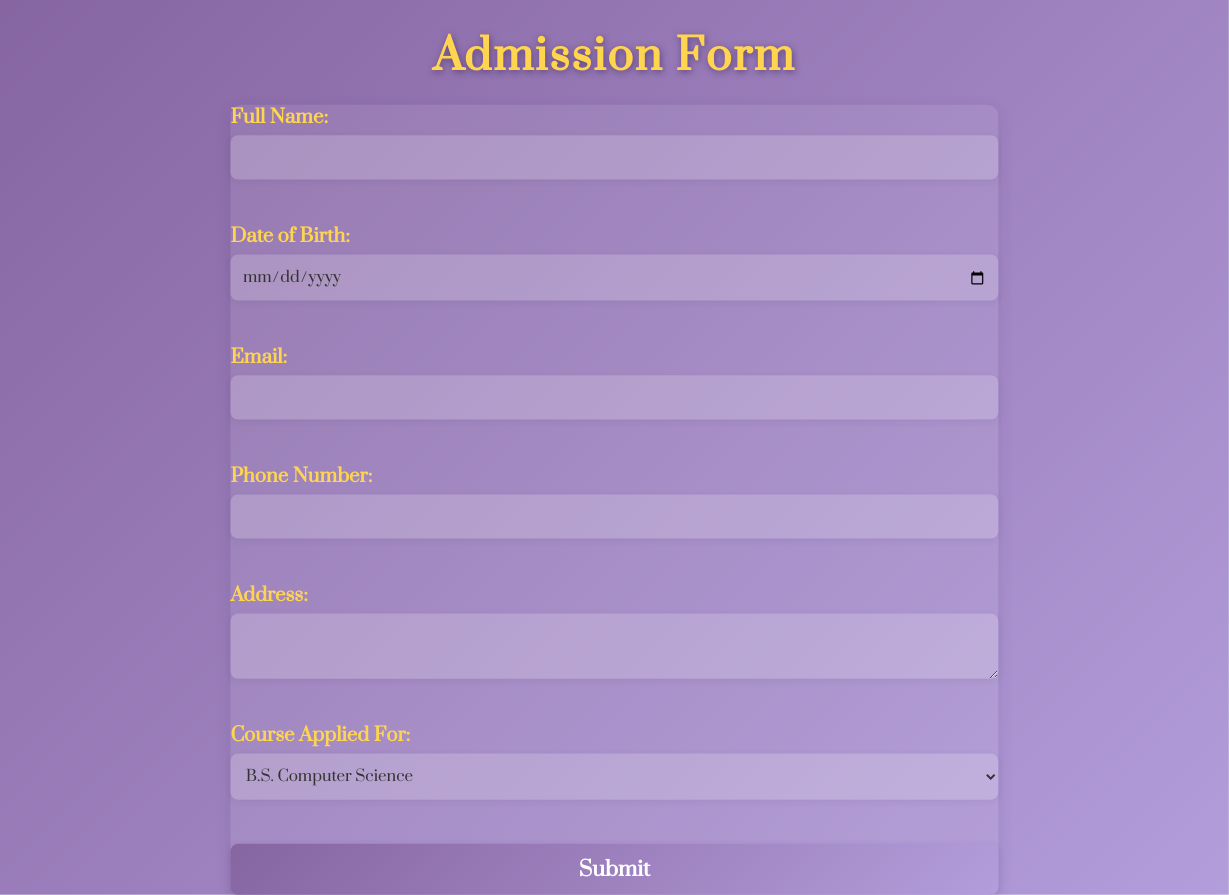
Repository: moinakhere/kelani_university
Page: admission.html
An editor plug-in stored every save of this project. The page is shown before and after the next save, followed by the edit.
The browser window is 1280 px wide. The pictures show the whole page, at 96% of full size.

Above is the page before, as saved 2025-08-04 22:11:03.

After the next save:
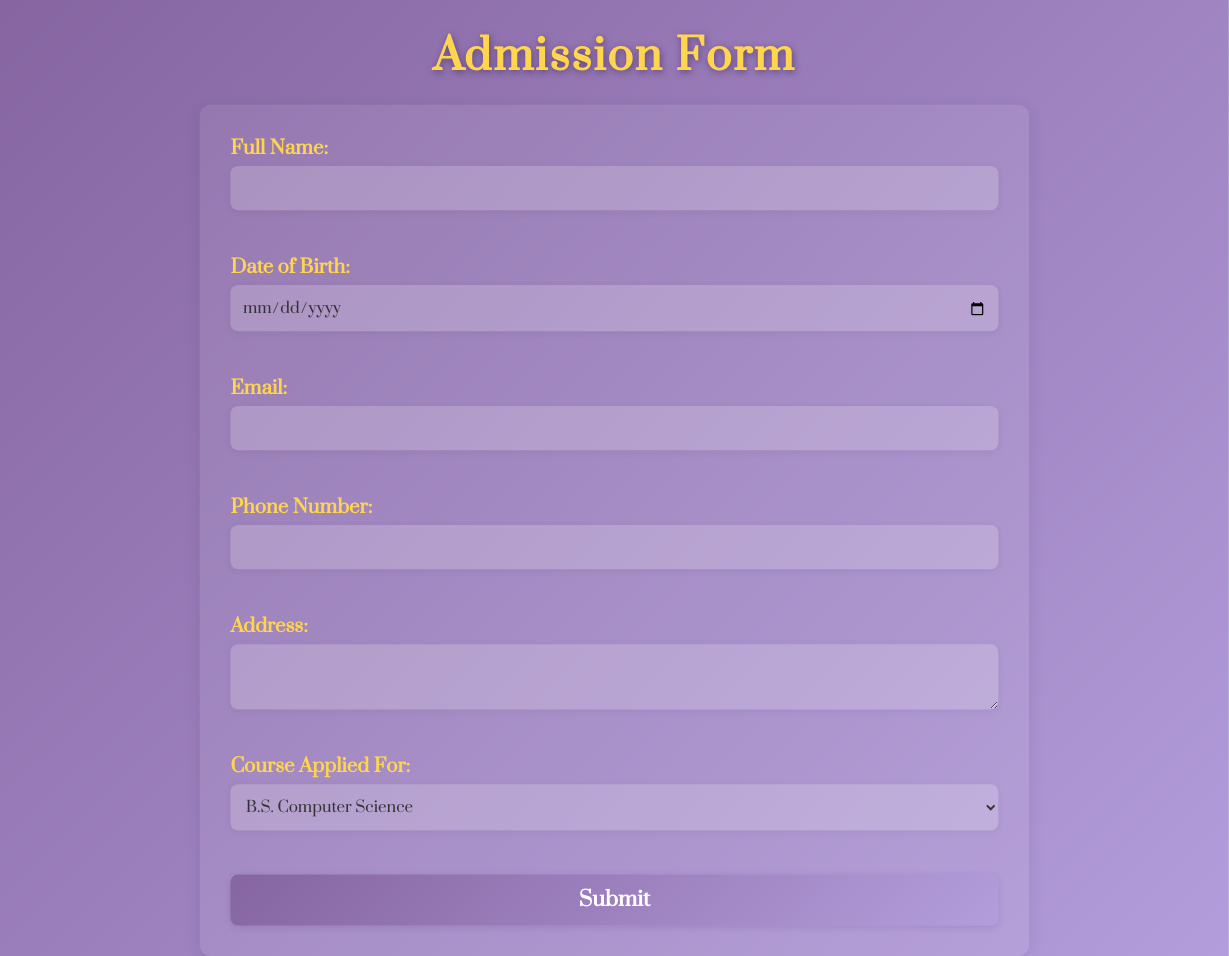
Saved 2 min 18 s later.
--- a/css/comppage.css
+++ b/css/comppage.css
@@ -63,7 +63,8 @@ Admission Form CSS
     flex-direction: column;
     background: rgba(255,255,255,0.08);
     max-width: 800px;
-    max-height: none;
+    max-height: 150%;
+    padding: 32px;
     border-radius: 12px;
     box-shadow: 0 4px 16px rgba(60, 40, 90, 0.12);
     margin: 0px auto;
